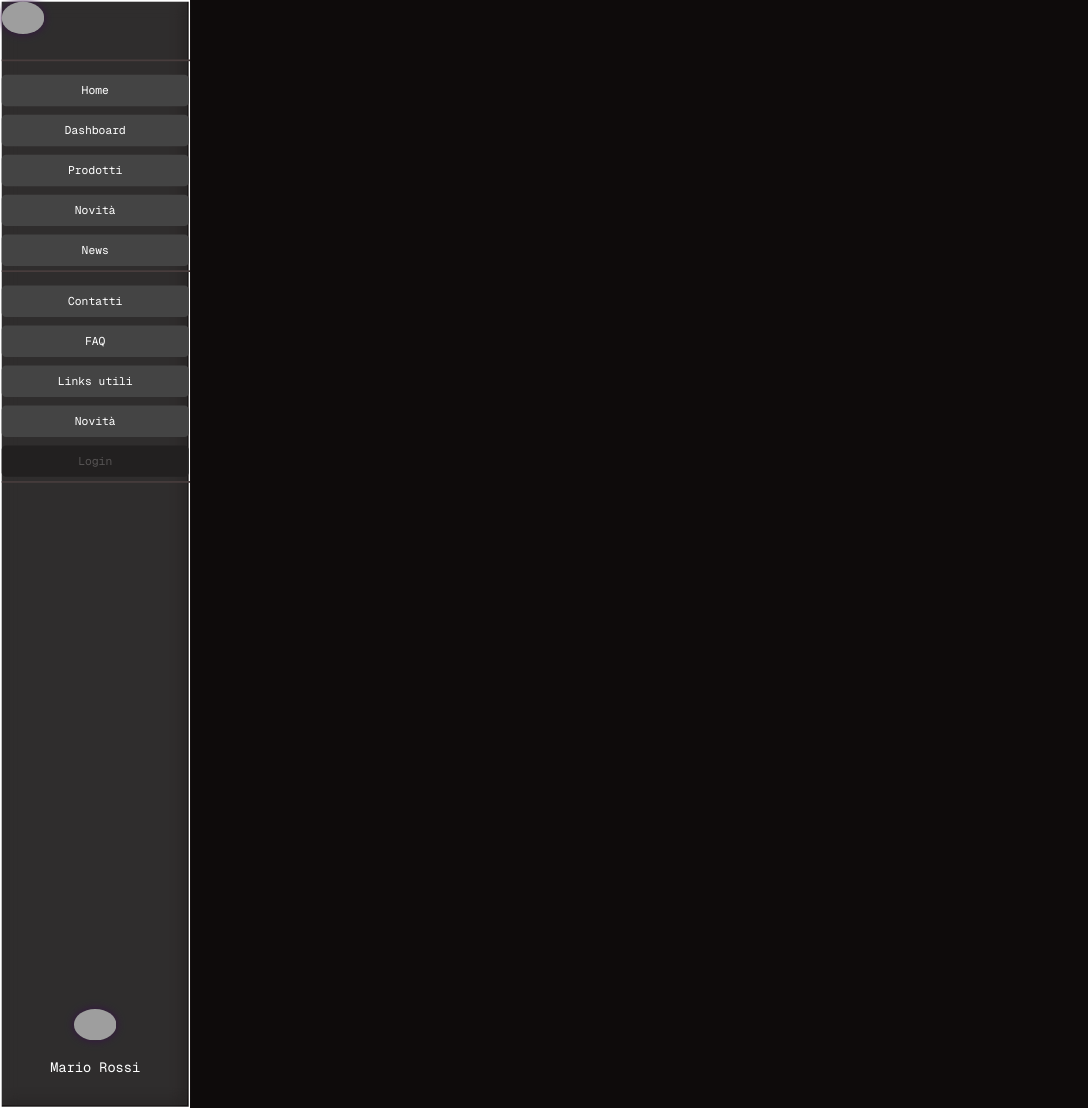
Repository: CryptoFamilyNFT/develhope
Page: css/flexbox/flexbox.html
These files come from the project's save history. The page is drawn as it stood at one moment and after the next save; the edit follows.
The browser window is 1280 px wide. The pictures show the whole page, at 85% of full size.
Pictures or frames that could not be fetched are drawn as grey boxes.

Above is the page before, as saved 2024-11-15 09:36:09.

### css/flexbox/flexbox.html
<!DOCTYPE html>
<html lang="en">

<head>
    <meta charset="UTF-8">
    <meta name="viewport" content="width=device-width, initial-scale=1.0">
    <title>Document</title>
    <link rel="stylesheet" href="flex.css">
    <link rel="preconnect" href="https://fonts.googleapis.com">
    <link rel="preconnect" href="https://fonts.gstatic.com" crossorigin>
    <link href="https://fonts.googleapis.com/css2?family=Geist+Mono:wght@100..900&display=swap" rel="stylesheet">

</head>

<body>
    <main class="section">
        <aside class="sidebar">
            <div class="sidebar-overlay">
                <div class="logo-container">
                    <div class="logo-section">
                        <img src="https://substackcdn.com/image/fetch/f_auto,q_auto:good,fl_progressive:steep/https%3A%2F%2Fsubstack-post-media.s3.amazonaws.com%2Fpublic%2Fimages%2F8ed3d547-94ff-48e1-9f20-8c14a7030a02_2000x2000.jpeg"
                            height="1024" width="1536" alt="logo">
                    </div>
                </div>
                <hr />
                <div class="link-container">
                    <ul class="aside-nav">
                        <li class="nav-item"><button class="button-link">Home</button></li>
                        <li class="nav-item"><button class="button-link">Dashboard</button></li>
                        <li class="nav-item"><button class="button-link">Prodotti</button></li>
                        <li class="nav-item"><button class="button-link">Novità</button></li>
                        <li class="nav-item"><button class="button-link">News</button></li>
                    </ul>
                </div>
                <hr />
                <div class="link-container">
                    <ul class="aside-nav">
                        <li class="nav-item"><button class="button-link">Contatti</button></li>
                        <li class="nav-item"><button class="button-link">FAQ</button></li>
                        <li class="nav-item"><button class="button-link">Links utili</button></li>
                        <li class="nav-item"><button class="button-link">Novità</button></li>
                        <li class="nav-item"><button disabled class="button-link">Login</button></li>
                    </ul>
                </div>
                <hr />
                <div class="aside-footer">
                    <div class="avatar-section">
                        <img src="https://cdn-icons-png.flaticon.com/512/6596/6596121.png" height="1024" width="1536"
                            alt="logo">
                        <p>Mario Rossi</p>
                    </div>
                </div>
            </div>
        </aside>
    </main>
</body>

</html>

### css/flexbox/flex.css
* {
    font-family: "Geist Mono", monospace;
    font-optical-sizing: auto;
    font-style: normal;
}

body {
    margin: 0;
    padding: 0;
    background-color: #0e0b0b;
    color: #000;
}

main {
    width: '100%';
    margin: 0;
    padding: 0;
}

ul {
    list-style-type: none;
    padding-left: 0;
}

hr {
    width: 100%;
    border: 1px solid #676161;
    animation: colorChange 2s linear infinite;
}

.sidebar {
    display: flex;
    flex-direction: column;
    position: relative;
    height: 100vw;
    width: 200px;
    background-color: #333;
    color: #fff;
    padding: 10px;
}

.sidebar > .sidebar-overlay {
    position: absolute;
    top: 0;
    left: 0;
    width: 100%;
    height: 100%;
    background-color: rgba(22, 7, 7, 0.1);
    backdrop-filter: blur(10px);
    padding: 0px;
    border: 2px solid white;
}

.logo-container {
    width: '100%';
    position: relative;
    height: 60px;
}

.logo-section {
    width: 100px;
    position: absolute;
    top: 0;
    left: 0;
}

img[alt="logo"] {
    border: '1px solid #fff';
    border-radius: 100%;
    width: 50px;
    height: auto;
    image-resolution: from-image;
    animation: LightGame 2s linear infinite;
}

.link-container>ul {
    width: 100%;
    display: flex;
    flex-direction: column;
    height: 200px;
    gap: 10px;
    margin-bottom: 30px;
}

li>.button-link {
    width: 100%;
    padding: 10px;
    background-color: #444;
    color: #fff;
    text-align: center;
    border: none;
    border-radius: 5px;
    cursor: pointer;
}

li> .button-link:not(:disabled):hover {
    background-color: #efebeb;
    color: #444141;
    transform: scale(1.05);
}


li> .button-link:disabled {
    width: 100%;
    padding: 10px;
    background-color: #222020;
    color: #575454;
    text-align: center;
    border: none;
    border-radius: 5px;
    cursor: pointer;
}

.button-link:is(:hover) {
    animation: TextScale 2s linear infinite;
}

.aside-footer {
    position: absolute;
    bottom: 0;
    left: 0;
    width: 100%;
    padding: 0px;
    color: #fff;
    margin-bottom: 20px;
    text-align: center;
}


@keyframes TextScale {
    0% {
        text-spacing-trim: 10;
    }

    50% {
        text-spacing-trim: 20;
        scale: 1.1;
    }

    100% {
        text-spacing-trim: 10;
    }
}

@keyframes LightGame {
    0% {
        box-shadow: 0 0 10px 0 #fff;
    }

    50% {
        box-shadow: 0 0 10px 0 #371247;
    }

    100% {
        box-shadow: 0 0 10px 0 #928c8c;
    }
}

@keyframes colorChange {
    0% {
        border-color: #676161;
    }

    50% {
        border-color: rgb(72, 61, 61);
    }

    100% {
        border-color: #676161;
    }
}

After the next save:
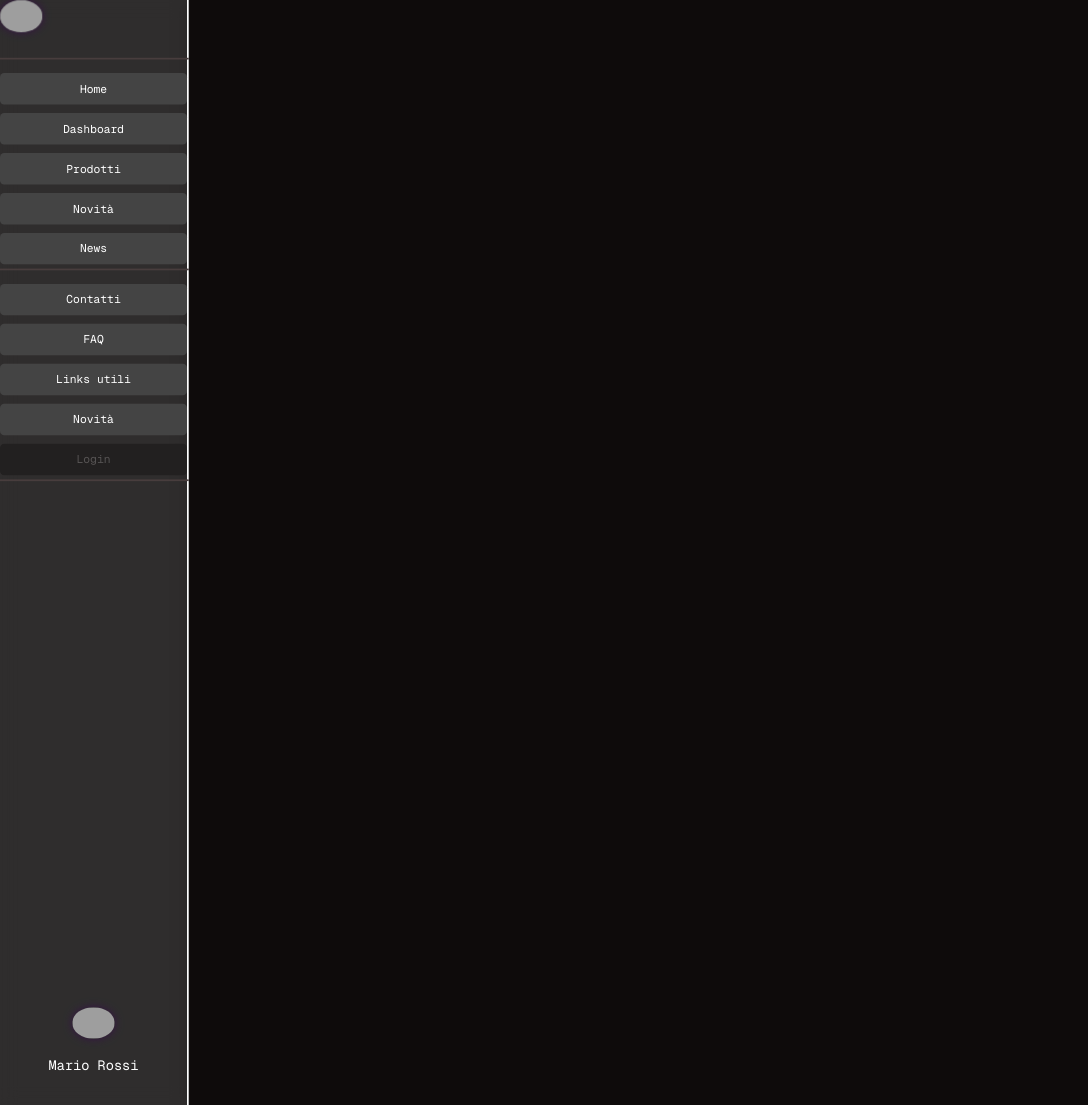
Saved 12 s later.
--- a/css/flexbox/flex.css
+++ b/css/flexbox/flex.css
@@ -48,7 +48,7 @@ hr {
     background-color: rgba(22, 7, 7, 0.1);
     backdrop-filter: blur(10px);
     padding: 0px;
-    border: 2px solid white;
+    border-right: 2px solid white;
 }
 
 .logo-container {
